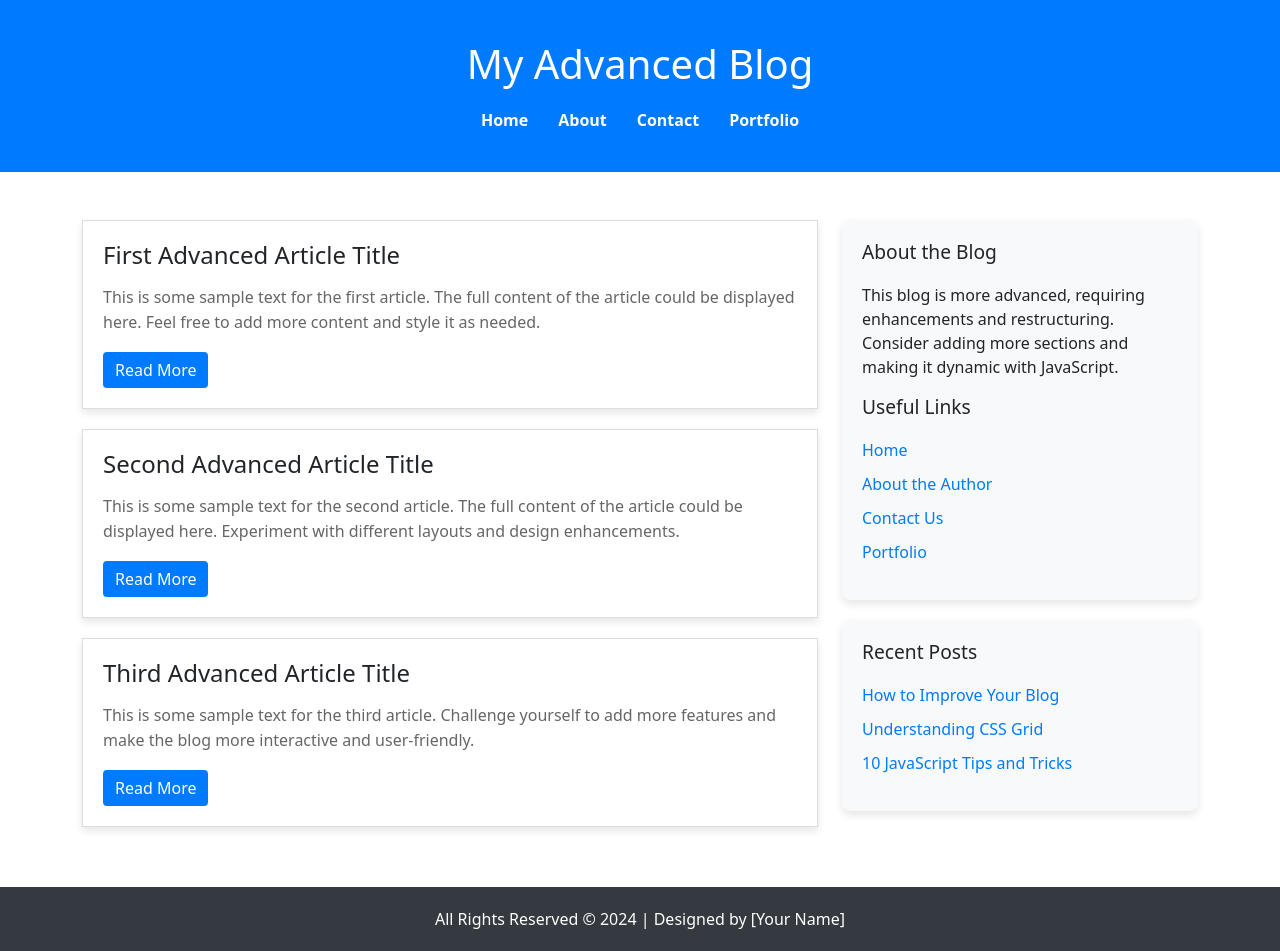
Repository: zeinawady/Blog-Code-Refactoring
Page: index.html
The author's editor kept a copy of each file at every save. The page is drawn from the files as they stood at one save, then again after the next save.
The browser window is 1280 px wide. The pictures show the whole page.

Above is the page before, as saved 2024-09-23 13:49:35.

### index.html
<!DOCTYPE html>
<html lang="en">
  <head>
    <meta charset="UTF-8" />
    <meta name="viewport" content="width=device-width, initial-scale=1.0" />
    <title>My Advanced Blog</title>
    <link rel="stylesheet" href="style.css">
    <link
      href="https://cdn.jsdelivr.net/npm/bootstrap@5.1.3/dist/css/bootstrap.min.css"
      rel="stylesheet"
    />

  </head>
  <body>
    <header>
      <h1>My Advanced Blog</h1>
      <nav>
        <a href="#">Home</a>
        <a href="#">About</a>
        <a href="#">Contact</a>
        <a href="#">Portfolio</a>
      </nav>
    </header>

    <div class="container mt-5">
      <div class="row">
        <div class="col-md-8">
          <div class="post">
            <h2>First Advanced Article Title</h2>
            <p>
              This is some sample text for the first article. The full content
              of the article could be displayed here. Feel free to add more
              content and style it as needed.
            </p>
            <button class="btn btn-primary">Read More</button>
          </div>
          <div class="post">
            <h2>Second Advanced Article Title</h2>
            <p>
              This is some sample text for the second article. The full content
              of the article could be displayed here. Experiment with different
              layouts and design enhancements.
            </p>
            <button class="btn btn-primary">Read More</button>
          </div>
          <div class="post">
            <h2>Third Advanced Article Title</h2>
            <p>
              This is some sample text for the third article. Challenge yourself
              to add more features and make the blog more interactive and
              user-friendly.
            </p>
            <button class="btn btn-primary">Read More</button>
          </div>
        </div>
        <div class="col-md-4">
          <div class="sidebar">
            <h3>About the Blog</h3>
            <p>
              This blog is more advanced, requiring enhancements and
              restructuring. Consider adding more sections and making it dynamic
              with JavaScript.
            </p>
            <h3>Useful Links</h3>
            <ul>
              <li><a href="#">Home</a></li>
              <li><a href="#">About the Author</a></li>
              <li><a href="#">Contact Us</a></li>
              <li><a href="#">Portfolio</a></li>
            </ul>
          </div>
          <div class="sidebar">
            <h3>Recent Posts</h3>
            <ul>
              <li><a href="#">How to Improve Your Blog</a></li>
              <li><a href="#">Understanding CSS Grid</a></li>
              <li><a href="#">10 JavaScript Tips and Tricks</a></li>
            </ul>
          </div>
        </div>
      </div>
    </div>

    <div class="footer">
      <p>All Rights Reserved © 2024 | Designed by [Your Name]</p>
    </div>

    <script src="https://cdn.jsdelivr.net/npm/bootstrap@5.1.3/dist/js/bootstrap.bundle.min.js"></script>
  </body>
</html>

### style.css
body {
    font-family: Arial, sans-serif;
    background-color: #f4f4f9;
  }
  header {
    background-color: #007bff;
    color: white;
    padding: 40px 0;
    text-align: center;
    position: relative;
  }
  header::after {
    content: "";
    position: absolute;
    bottom: -20px;
    left: 50%;
    transform: translateX(-50%);
    width: 100px;
    height: 5px;
    background-color: white;
  }
  nav {
    display: flex;
    justify-content: center;
    margin-top: 20px;
  }
  nav a {
    color: white;
    margin: 0 15px;
    text-decoration: none;
    font-weight: bold;
  }
  nav a:hover {
    text-decoration: underline;
  }
  .post {
    border: 1px solid #ddd;
    margin-bottom: 20px;
    padding: 20px;
    background-color: white;
    box-shadow: 0 4px 8px rgba(0, 0, 0, 0.1);
    transition: transform 0.3s ease, box-shadow 0.3s ease;
  }
  .post:hover {
    transform: translateY(-5px);
    box-shadow: 0 8px 16px rgba(0, 0, 0, 0.2);
  }
  .post h2 {
    font-size: 1.5rem;
    margin-bottom: 15px;
  }
  .post p {
    color: #666;
    line-height: 1.6;
  }
  .post .btn-primary {
    background-color: #007bff;
    border: none;
  }
  .post .btn-primary:hover {
    background-color: #0056b3;
  }
  .sidebar {
    background-color: #f8f9fa;
    padding: 20px;
    border-radius: 8px;
    box-shadow: 0 4px 8px rgba(0, 0, 0, 0.1);
    margin-bottom: 20px;
  }
  .sidebar h3 {
    margin-bottom: 20px;
    font-size: 1.2rem;
  }
  .sidebar ul {
    list-style-type: none;
    padding-left: 0;
  }
  .sidebar ul li {
    margin-bottom: 10px;
  }
  .sidebar ul li a {
    color: #007bff;
    text-decoration: none;
  }
  .sidebar ul li a:hover {
    text-decoration: underline;
  }
  .footer {
    background-color: #343a40;
    color: white;
    text-align: center;
    padding: 20px;
    margin-top: 40px;
  }
  .footer p {
    margin: 0;
  }

After the next save:
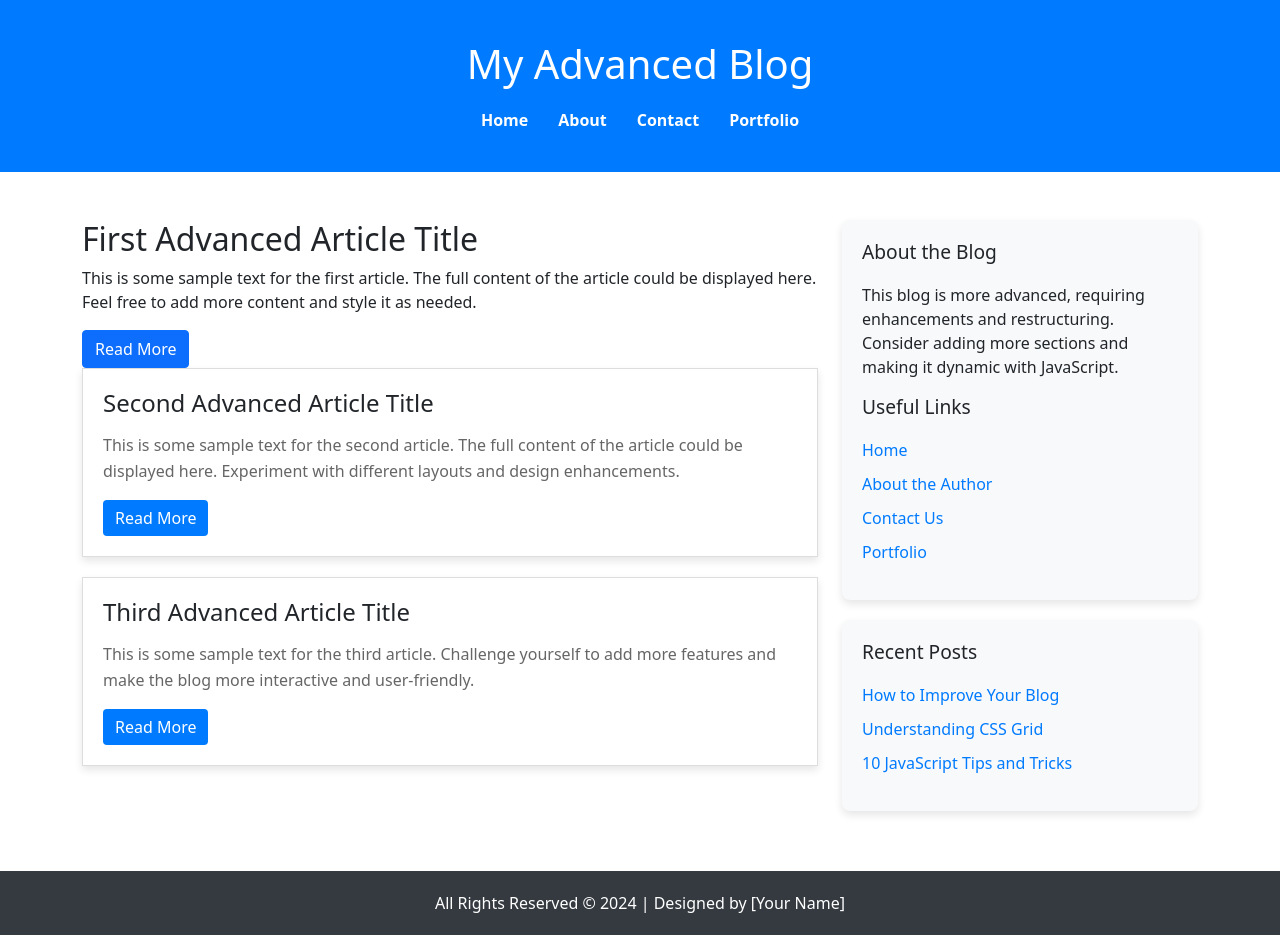
Saved 27 s later.
--- a/index.html
+++ b/index.html
@@ -25,7 +25,7 @@
     <div class="container mt-5">
       <div class="row">
         <div class="col-md-8">
-          <div class="post">
+          <article>
             <h2>First Advanced Article Title</h2>
             <p>
               This is some sample text for the first article. The full content
@@ -33,7 +33,7 @@
               content and style it as needed.
             </p>
             <button class="btn btn-primary">Read More</button>
-          </div>
+          </article>
           <div class="post">
             <h2>Second Advanced Article Title</h2>
             <p>
